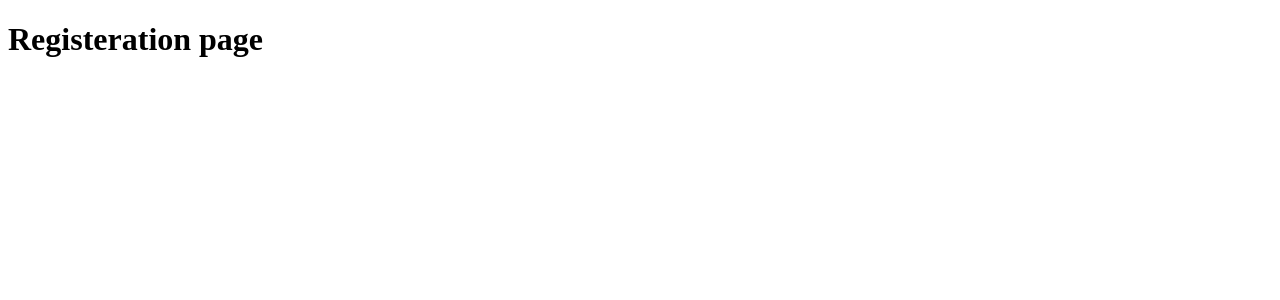
Repository: vikalp2910/VikalpRepo
Page: http://localhost/Proj01/views/registration.jsp
The author's editor kept a copy of each file at every save. The page is drawn from the files as they stood at one save, then again after the next save.
The browser window is 1280 px wide. The pictures show the whole page.
The page is served by Tomcat 9. Other server files are loaded and not shown.

Above is the page before, as saved 2020-08-24 07:29:42.

### Proj01/src/main/webapp/views/registration.jsp
<%@ page language="java" contentType="text/html; charset=ISO-8859-1"
    pageEncoding="ISO-8859-1"%>
<!DOCTYPE html>
<html>
<head>
<meta charset="ISO-8859-1">
<title>Insert title here</title>
</head>
<body>
  <h1>Registeration page</h1>
</body>
</html>

After the next save:
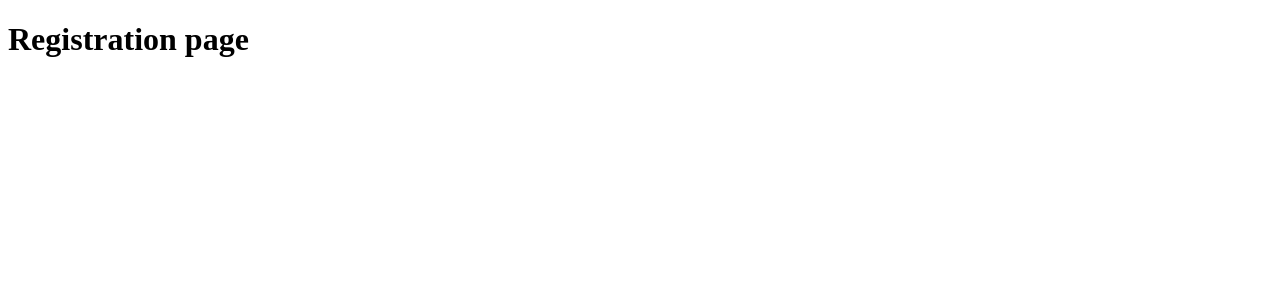
Saved 12 s later.
--- a/Proj01/src/main/webapp/views/registration.jsp
+++ b/Proj01/src/main/webapp/views/registration.jsp
@@ -7,6 +7,6 @@
 <title>Insert title here</title>
 </head>
 <body>
-  <h1>Registeration page</h1>
+  <h1>Registration page</h1>
 </body>
 </html>
